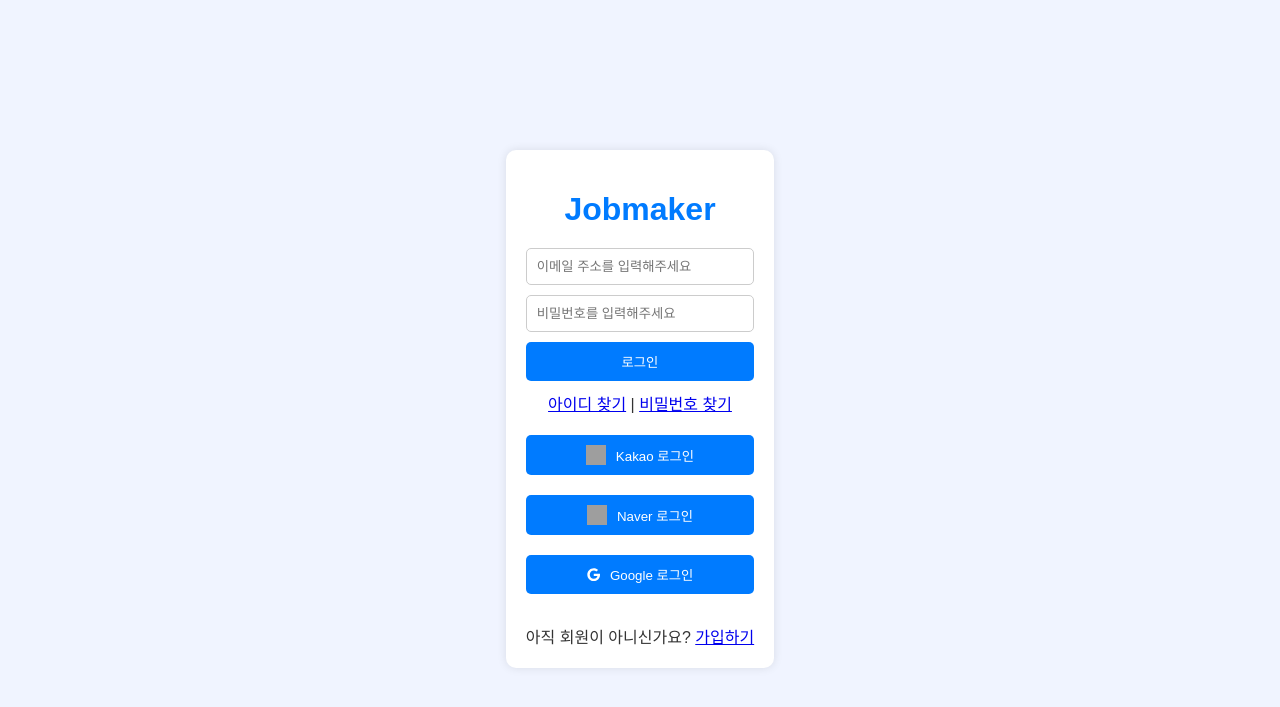
Repository: HSfac/jobmaker
Page: /login
These files come from the project's save history. The page is drawn as it stood at one moment and after the next save; the edit follows.
The browser window is 1280 px wide. The pictures show the whole page.
Pictures or frames that could not be fetched are drawn as grey boxes. The project was rebuilt for these pictures with package versions that can differ from the ones it lists, and the page was loaded fresh each time. Also part of the build but not shown: src/components/ToolCard.css, src/components/ToolCard.jsx, src/pages/MainPage.css, src/pages/MainPage.jsx, src/components/Header.css, src/components/Header.jsx, src/components/Footer.css, src/components/Footer.jsx and 13 more.

Above is the page before, as saved 2024-07-12 23:07:38.

### src/App.js
import React from 'react';
import { BrowserRouter as Router, Route, Routes } from 'react-router-dom';
import MainPage from './pages/MainPage';
import LandingPage from './pages/LandingPage';
import InfosPage from './pages/InfosPage';
import CommunityPage from './pages/CommunityPage';
import MyPage from './pages/MyPage';
import LoginPage from './pages/LoginPage';
import SignupPage from './pages/SignupPage';
import EmailSignupPage from './pages/EmailSignupPage';

import MainLayout from './layouts/MainLayout'; // 새로 생성한 레이아웃 컴포넌트
import './App.css';

function App() {
  return (
    <Router>
      <div className="App">
        <Routes>
          <Route path="/" element={<LandingPage />} />
          <Route path="/login" element={<LoginPage />} />
          <Route path="/signup" element={<SignupPage />} />
          <Route path="/email-signup" element={<EmailSignupPage />} />
          <Route element={<MainLayout />}>
            <Route path="/main" element={<MainPage />} />
            <Route path="/infos" element={<InfosPage />} />
            <Route path="/community" element={<CommunityPage />} />
            <Route path="/mypage" element={<MyPage />} />
          </Route>
        </Routes>
      </div>
    </Router>
  );
}

export default App;

### src/pages/LoginPage.jsx
import React, { useState } from 'react';
import SocialLoginButton from '../components/SocialLoginButton';
import './LoginPage.css';

const LoginPage = () => {
  const [email, setEmail] = useState('');
  const [password, setPassword] = useState('');

  const handleLogin = (e) => {
    e.preventDefault();
    // 로그인 로직 추가
  };

  return (
    <div className="login-page">
      <h1>Jobmaker</h1>
      <form onSubmit={handleLogin}>
        <input
          type="email"
          placeholder="이메일 주소를 입력해주세요"
          value={email}
          onChange={(e) => setEmail(e.target.value)}
        />
        <input
          type="password"
          placeholder="비밀번호를 입력해주세요"
          value={password}
          onChange={(e) => setPassword(e.target.value)}
        />
        <button type="submit">로그인</button>
      </form>
      <div className="links">
        <a href="/find-id">아이디 찾기</a> | <a href="/find-password">비밀번호 찾기</a>
      </div>
      <div className="social-login">
        <SocialLoginButton provider="kakao" />
        <SocialLoginButton provider="naver" />
        <SocialLoginButton provider="google" />
      </div>
      <div className="signup-link">
        아직 회원이 아니신가요? <a href="/signup">가입하기</a>
      </div>
    </div>
  );
};

export default LoginPage;

### src/App.css
.App {
  font-family: sans-serif;
  text-align: center;
  height: 100vh;
  display: flex;
  flex-direction: column;
}

.main-content {
  display: flex;
  flex: 1;
}

.page-content {
  flex: 1;
  padding: 20px;
  margin-left: 250px; /* 사이드바의 넓이만큼 왼쪽 여백을 설정 */
  transition: margin-left 0.3s;
}

.sidebar.closed + .page-content {
  margin-left: 80px; /* 사이드바가 닫혔을 때 여백 설정 */
}

### src/pages/LandingPage.css
/* LandingPage.css */

@font-face {
  font-family: 'Pretendard';
  src: url('../assets/fonts/Pretendard-Regular.ttf') format('truetype');
  font-weight: 400;
}

@font-face {
  font-family: 'Pretendard';
  src: url('../assets/fonts/Pretendard-SemiBold.ttf') format('truetype');
  font-weight: 600;
}
:root {
  --bg-color: #f0f4ff;
  --text-color: #333;
  --primary-color: #3a73e1;
  --secondary-color: #fff;
  --question-bg-color: #4a90e2;
}

[data-theme="dark"] {
  --bg-color: #121212;
  --text-color: #e0e0e0;
  --primary-color: #bb86fc;
  --secondary-color: #333;
  --question-bg-color: #3700b3;
}

body {
  background-color: var(--bg-color);
  color: var(--text-color);
  margin: 0;
  padding: 0;
  font-family: 'Pretendard', sans-serif;
}

.landing-page {
  display: flex;
  flex-direction: column;
  min-height: 100vh;
}

.main-content {
  flex: 1;
  display: flex;
  flex-direction: column;
  align-items: center;
  background-color: var(--primary-color);
  color: var(--secondary-color);
}

.hero {
  display: flex;
  justify-content: space-between;
  align-items: center;
  max-width: 1200px;
  width: 100%;
  padding: 50px;
}


.hero-text h1 {
  font-size: 4em; /* Increased font size */
  font-family: 'Pretendard', sans-serif;
  font-weight: 600; /* SemiBold */
  margin-bottom: 20px;
}

.hero-text p {
  font-family: 'Pretendard', sans-serif;
  font-weight: 400; /* Regular */
}

.hero-text button.primary {
  background-color: var(--secondary-color);
  color: var(--primary-color);
  padding: 10px 20px;
  border: none;
  border-radius: 5px;
  font-size: 1.2em;
  cursor: pointer;
  transition: border-color 0.3s;
}

.hero-text button.primary:hover {
  border: 2px solid var(--primary-color);
}

.hero-images {
  flex: 1;
  display: flex;
  justify-content: center;
  align-items: center;


}

.hero-images img {
  max-width: 100%;
  height: auto;

}

.second-section {
  width: 100%;
  font-size: 1.5em;
  padding: 50px 20px;
  background-color: var(--bg-color);
  color: var(--text-color);
  text-align: center;
  position: relative;
  overflow: hidden;
  font-weight: 700; /* SemiBold */
}

.second-section h2 {
  color: var(--primary-color);
  font-size: 1.5em;
  font-weight: 700; /* SemiBold */
}

.sliding-images {
  display: flex;
  flex-direction: column;
  align-items: center;
  justify-content: center;
  height: 280px; /* Adjust as needed */
  position: relative;
}

.sliding-images img {
  width: 300%; /* Make the images smaller */
  position: absolute;
  animation-duration: 30s; /* Slow down the animation */
  animation-timing-function: linear;
  animation-iteration-count: infinite;
}

.sliding-images img:nth-child(1) {
  top: 0;
  left: -100%;
  animation-name: slide-in-left;
}

.sliding-images img:nth-child(2) {
  top: 50%;
  left: 100%;
  animation-name: slide-in-right;
}

@keyframes slide-in-left {
  0%, 100% {
    left: -100%;
  }
  50% {
    left: 100%;
  }
}

@keyframes slide-in-right {
  0%, 100% {
    left: 100%;
  }
  50% {
    left: -100%;
  }
}

.generators {
  display: flex;
  justify-content: space-around;
  flex-wrap: wrap;
}

.generator-card {
  background-color: var(--secondary-color);
  color: var(--primary-color);
  border-radius: 10px;
  padding: 20px;
  margin: 10px;
  width: 200px;
  cursor: pointer;
  transition: transform 0.2s;
}

.generator-card:hover {
  transform: scale(1.05);
}

.generator-card h3 {
  margin-top: 0;
}

.generator-card p {
  margin: 10px 0 0;
  font-size: 20px;
}

/* 기존 CSS 생략 */

.third-section {

  width: 100%;
  padding: 10px 20px;
  background-color: var(--bg-color);
  color: var(--text-color);
  text-align: center;

}

.third-section h2 {
  font-size: 2.2em;
  color: var(--primary-color);
  font-weight: 700; /* SemiBold */
}

.third-section h3 {
  font-size: 1em;
  font-weight: 600; /* SemiBold */
}

.example-container {
  display: flex;
  flex-wrap: wrap;
  justify-content: center;
  gap: 20px;
  margin-top: 20px;
  flex-direction: column; /* 세로로 배치 */
}

.example-image.left {
  align-self: flex-start;
  margin: 0 50px; /* 이미지 양옆 여백 설정 */
  animation: slide-left 5s infinite;
}

.example-image.center1 {
  align-self: center;
  margin: 0 50px; /* 이미지 양옆 여백 설정 */
}

.example-image.right {
  align-self: flex-end;
  margin: 0 50px; /* 이미지 양옆 여백 설정 */
  animation: slide-right 5s infinite;
}

.example-image.center2 {
  align-self: center;
  margin: 0 50px; /* 이미지 양옆 여백 설정 */
}

@keyframes slide-left {
  0% {
    transform: translateX(0);
  }
  50% {
    transform: translateX(-20px); /* 원하는 슬라이드 거리 설정 */
  }
  100% {
    transform: translateX(0);
  }
}

@keyframes slide-right {
  0% {
    transform: translateX(0);
  }
  50% {
    transform: translateX(20px); /* 원하는 슬라이드 거리 설정 */
  }
  100% {
    transform: translateX(0);
  }
}

/* 기존 CSS 생략 */




.fourth-section {
  width: 100%;
  padding: 50px 20px;
  background-color: var(--bg-color);
  color: var(--text-color);
  text-align: center;
}

.fourth-section h2 {
  font-size: 2.2em;
  color: var(--primary-color);
  font-weight: 700; /* SemiBold */
  margin-bottom: 10px;
}

.fourth-section h3 {
  font-size: 26px;
  font-weight: 700; /* SemiBold */
  margin-bottom: 30px;
}

.sliding-tags {
  overflow: hidden;
  white-space: nowrap;
  box-sizing: border-box;
}

.tags-wrapper {
  display: inline-block;
  animation: slide 45s linear infinite;

}

.tag {
  font-size: 20px;
  display: inline-block;
  background-color: var(--primary-color);
  color: var(--secondary-color);
  padding: 20px 40px;
  margin: 0 10px;
  border-radius: 500px;
  font-weight: 600; /* SemiBold */
}

@keyframes slide {
  0% {
    transform: translateX(100%);
  }
  100% {
    transform: translateX(-100%);
  }
}

.fifth-section {
  width: 100%;
  padding: 50px 20px;
  background-color: var(--bg-color);
  color: var(--text-color);
  text-align: center;
}

.fifth-section h2 {
  margin-top: 70px;
  font-size: 2.2em;
  color: var(--primary-color);
  font-weight: 700; /* SemiBold */
}

.fifth-section h3 {
  font-size: 26px;
  font-weight: 700; /* SemiBold */
  margin-top: 10px;
  margin-bottom: 30px;
}

.pricing-plans {
  display: flex;
  justify-content: center;
  gap: 25px;
  flex-wrap: wrap;
  margin-bottom: 200px;
}

.plan {
  background-color: var(--secondary-color);
  color: var(--primary-color);
  border-radius: 10px;
  padding: 20px;
  margin: 10px;
  width: 250px;
  text-align: center;
}

.plan h3 {
  margin-top: 0;
}

.plan p {
  font-size: 20px;
  font-weight: 700; /* SemiBold */
}

.plan ul {
  list-style: none;
  padding: 0;
}

.plan ul li {
  margin: 10px 0;
}

.plan button.primary {
  background-color: var(--secondary-color);
  color: var(--primary-color);
  padding: 10px 20px;
  border: 2px solid var(--primary-color);
  border-radius: 5px;
  font-size: 1.2em;
  cursor: pointer;
  transition: background-color 0.3s, color 0.3s;
}

.plan button.primary:hover {
  background-color: var(--primary-color);
  color: var(--secondary-color);
}

.footer {
  background-color: var(--primary-color);
  color: var(--secondary-color);
  padding: 20px;
  text-align: center;
  position: relative;
  bottom: 0;
  width: 100%;
  margin-top: auto;
}

### src/components/SocialLoginButton.jsx
import React from 'react';
import { FaGoogle } from 'react-icons/fa';
import './SocialLoginButton.css';

const SocialLoginButton = ({ provider }) => {
  const getProviderIcon = (provider) => {
    switch (provider) {
      case 'google':
        return <FaGoogle />;
      case 'kakao':
        return <img src="/path/to/kakao-icon.png" alt="Kakao" className="custom-icon" />;
      case 'naver':
        return <img src="/path/to/naver-icon.png" alt="Naver" className="custom-icon" />;
      default:
        return null;
    }
  };

  const getProviderName = (provider) => {
    switch (provider) {
      case 'google':
        return 'Google';
      case 'kakao':
        return 'Kakao';
      case 'naver':
        return 'Naver';
      default:
        return '';
    }
  };

  return (
    <button className="social-login-button">
      {getProviderIcon(provider)}
      <span>{getProviderName(provider)} 로그인</span>
    </button>
  );
};

export default SocialLoginButton;

### src/pages/LoginPage.css
.login-page {
  max-width: 400px;
  margin: 0 auto;
  margin-top: 150px;
  padding: 20px;
  background-color: white;
  border-radius: 10px;
  box-shadow: 0 0 10px rgba(0, 0, 0, 0.1);
}

.login-page h1 {
  margin-bottom: 20px;
  color: #007bff;
}

.login-page form {
  display: flex;
  flex-direction: column;
}

.login-page input {
  margin-bottom: 10px;
  padding: 10px;
  border: 1px solid #ccc;
  border-radius: 5px;
}

.login-page button {
  padding: 10px;
  background-color: #007bff;
  color: white;
  border: none;
  border-radius: 5px;
  cursor: pointer;
}

.login-page .links {
  margin: 10px 0;
}

.login-page .social-login {
  display: flex;
  flex-direction: column;
}

.login-page .signup-link {
  margin-top: 20px;
}

### src/components/SocialLoginButton.css
.social-login-button {
  display: flex;
  align-items: center;
  justify-content: center;
  width: 100%;
  padding: 10px;
  margin: 10px 0;
  background-color: white;
  border: 1px solid #ccc;
  border-radius: 5px;
  cursor: pointer;
  transition: background-color 0.3s;
}

.social-login-button:hover {
  background-color: #f0f0f0;
}

.social-login-button span {
  margin-left: 10px;
}

.custom-icon {
  width: 20px;
  height: 20px;
}

Loaded but not shown: public/index.html (common file); src/index.js (common file); src/index.css (common file); src/reportWebVitals.js (common file)

After the next save:
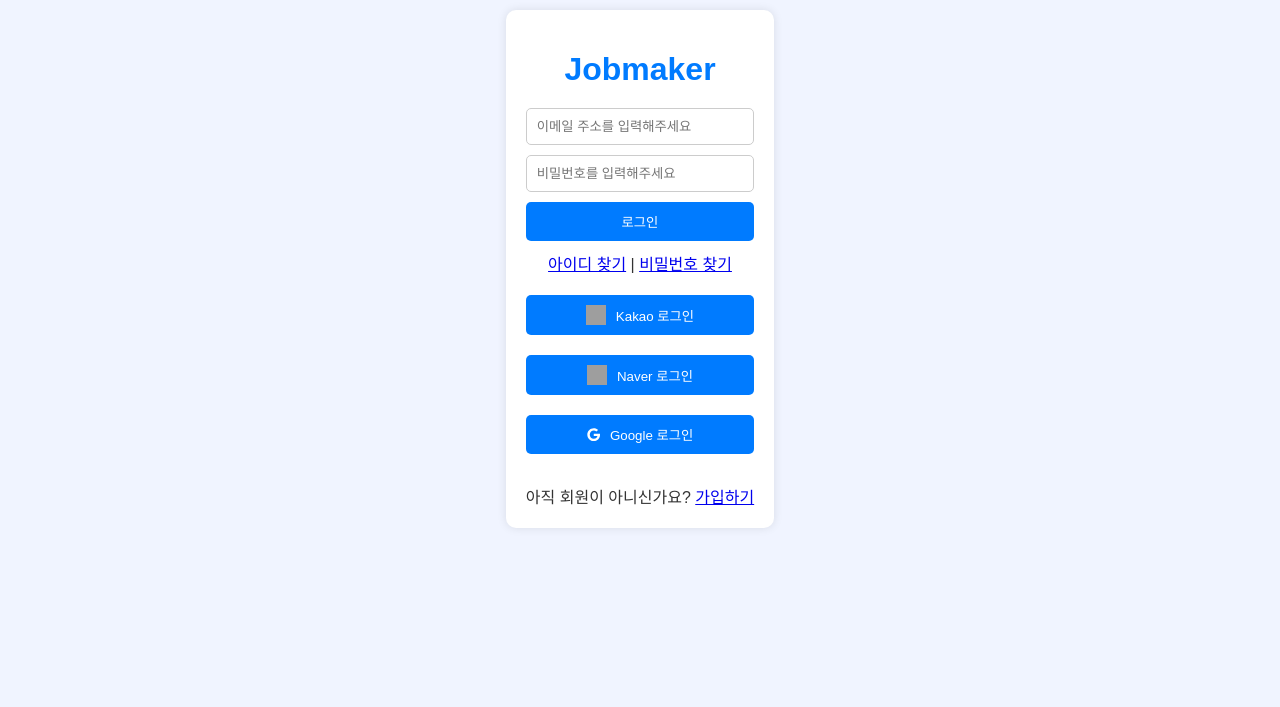
Saved 8 s later.
--- a/src/pages/LoginPage.css
+++ b/src/pages/LoginPage.css
@@ -1,7 +1,7 @@
 .login-page {
   max-width: 400px;
   margin: 0 auto;
-  margin-top: 150px;
+  margin-top: 10px;
   padding: 20px;
   background-color: white;
   border-radius: 10px;
